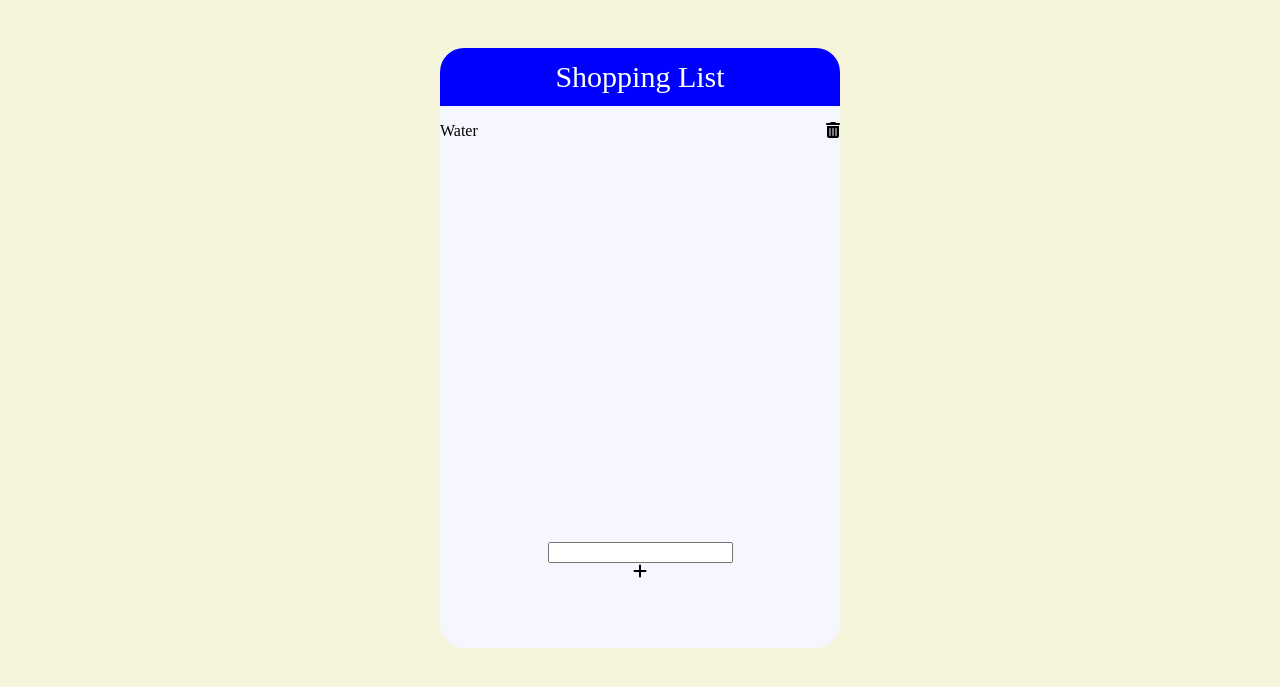
Repository: keehoonjung/Shopping-list
Page: index.html
The author's editor kept a copy of each file at every save. The page is drawn from the files as they stood at one save, then again after the next save.
The browser window is 1280 px wide. The pictures show the whole page.
Some web libraries are served in a nearby version.

Above is the page before, as saved 2021-08-07 17:28:25.

### index.html
<!DOCTYPE html>
<html lang="en">
<head>
    <meta charset="UTF-8">
    <meta http-equiv="X-UA-Compatible" content="IE=edge">
    <meta name="viewport" content="width=device-width, initial-scale=1.0">
    <title>Shopping-list</title>
    <script src="main.js" defer></script>
    <link rel="stylesheet" href="style.css">
    <script src="https://kit.fontawesome.com/a7a8d59961.js" crossorigin="anonymous"></script>
</head>
<body>
    <div class="container">
        <div class="header">
            Shopping List
        </div>
        <section class="main">
            <ul class="main_list">
                <li>
                    <span> Water </span>
                    <i class="fas fa-trash-alt"></i>
                </li>
            </ul>
        </section>
        <input type="text" class="input_text">
        <div class="footer">
            <i class="fas fa-plus"></i>
        </div>
    </div>
</body>
</html>

### style.css
body {
  background-color: beige;
  text-align: center;
}

li {
  display: flex;
  padding: 0;
  justify-content: space-between;
  list-style: none;
  width: 100%;
}

.container {
  margin: auto;
  background-color: rgb(246, 246, 255);
  height: 600px;
  width: 400px;
  border-radius: 24px;
  transform: translateY(40px);
}

.header {
  background-color: blue;
  font-size: 30px;
  color: white;
  border-top-left-radius: 24px;
  border-top-right-radius: 24px;
  padding: 12px 0;
}

.main {
  height: 420px;
}

.main_list {
  padding: 0;
}

Loaded but not shown: main.js (no stored copy; drawn as an empty file)

After the next save:
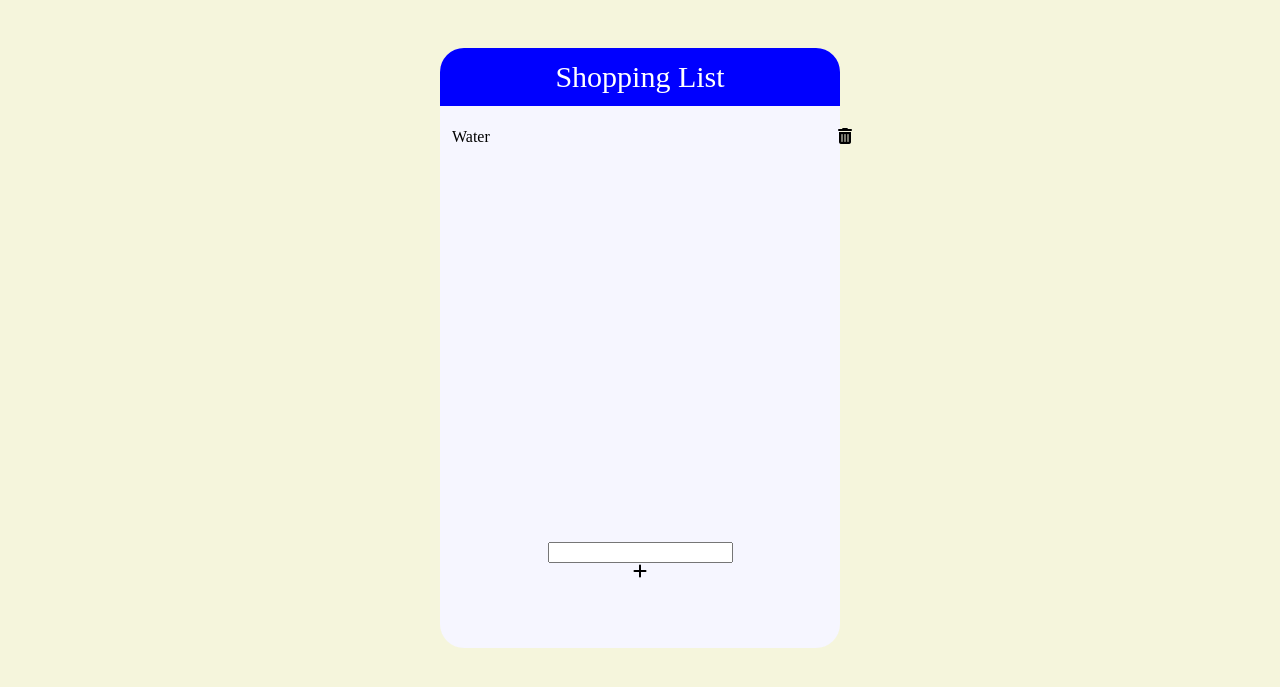
Saved 11 s later.
--- a/style.css
+++ b/style.css
@@ -5,7 +5,7 @@ body {
 
 li {
   display: flex;
-  padding: 0;
+  padding: 6px 12px;
   justify-content: space-between;
   list-style: none;
   width: 100%;
